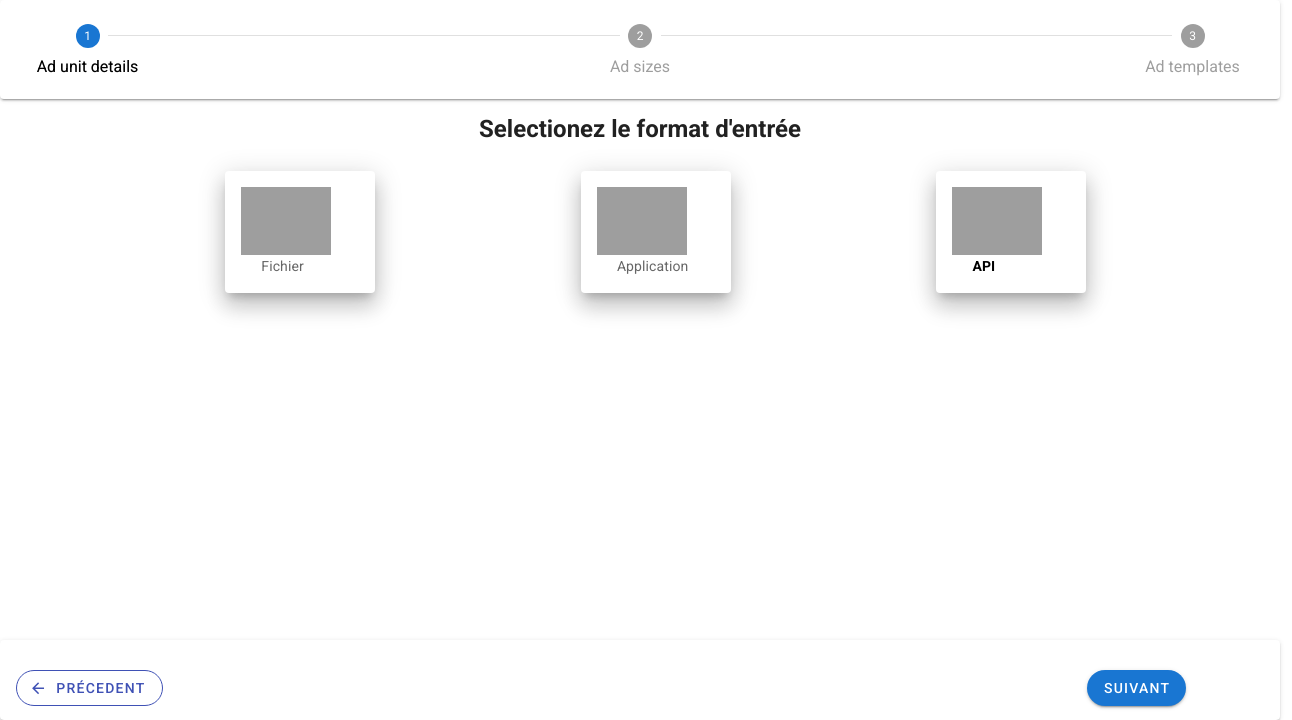
Repository: SidneyHodieb/myc
Page: /addsource/format
The author's editor kept a copy of each file at every save. The page is drawn from the files as they stood at one save, then again after the next save.
The browser window is 1280 px wide. The page is 1292 px wide, so the pictures cover 1292 px, including what lies to the right of the window. The pictures show the whole page.
Pictures or frames that could not be fetched are drawn as grey boxes. The project was rebuilt for these pictures with package versions that can differ from the ones it lists, and the page was loaded fresh each time. Also part of the build but not shown: vue.config.js, src/views/Home.vue, src/views/addSource/components/card.vue, src/views/addSource/components/trigger.vue.

Above is the page before, as saved 2021-04-04 13:41:30.

After the next save:
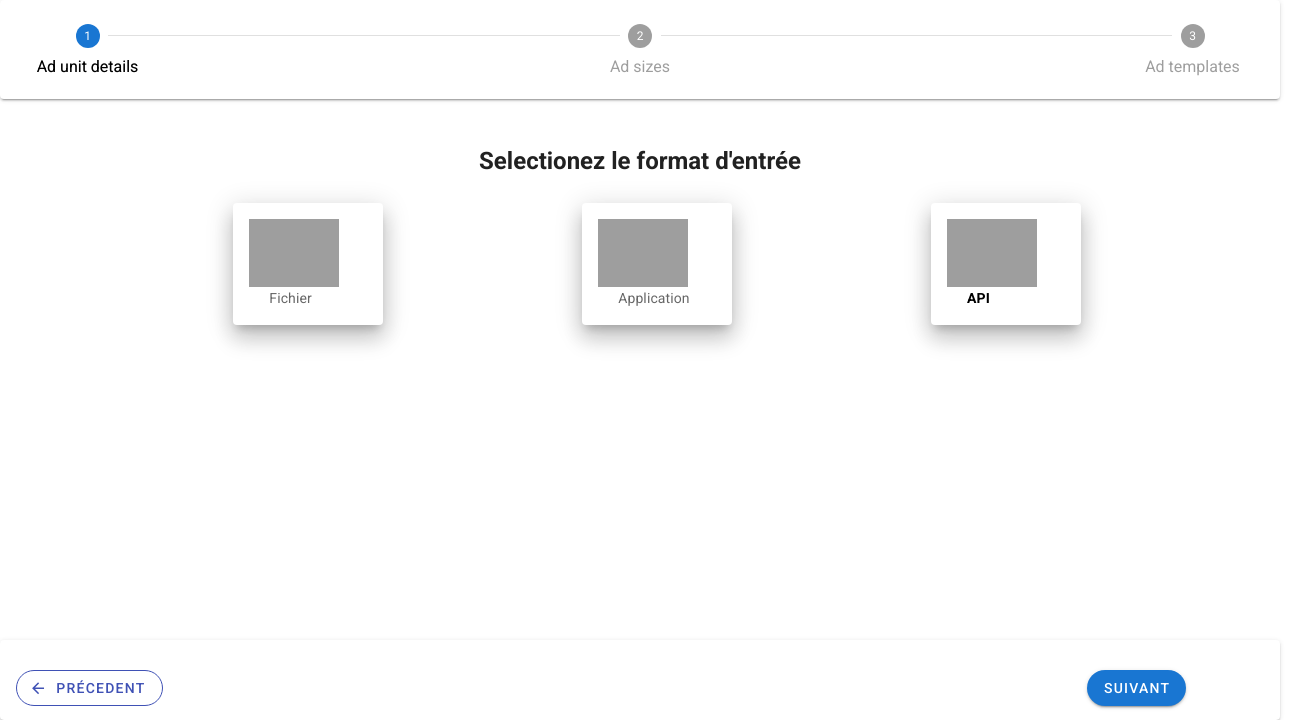
Saved 10 min 26 s later.
--- a/src/views/addSource/components/format.vue
+++ b/src/views/addSource/components/format.vue
@@ -1,6 +1,6 @@
 <template>
   <v-container fluid grid-list-md>
-    <v-row>
+    <v-radio-group row>
       <v-col md="12" sm="12" class="text-center">
         <h2>Selectionez le format d'entrée</h2>
       </v-col>
@@ -39,7 +39,7 @@
          </v-card-text>
         </v-card>
       </v-col>
-    </v-row>
+    </v-radio-group>
   </v-container>
 </template>
 
